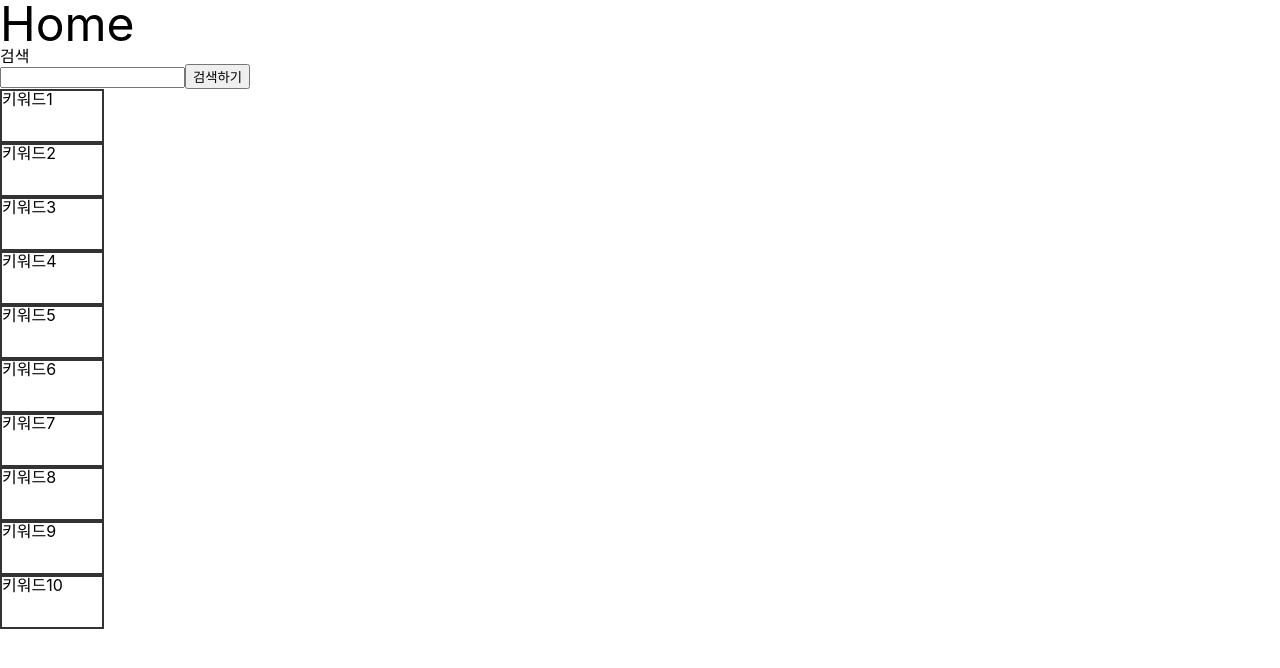
Repository: sunoo-lee/Star-Explore
Page: /
The author's editor kept a copy of each file at every save. The page is drawn from the files as they stood at one save, then again after a run of saves.
The browser window is 1280 px wide. The pictures show the whole page.
The project was rebuilt for these pictures with package versions that can differ from the ones it lists, and the page was loaded fresh each time.

Above is the page before, as saved 2022-10-14 03:15:19.

After the next 2 saves:
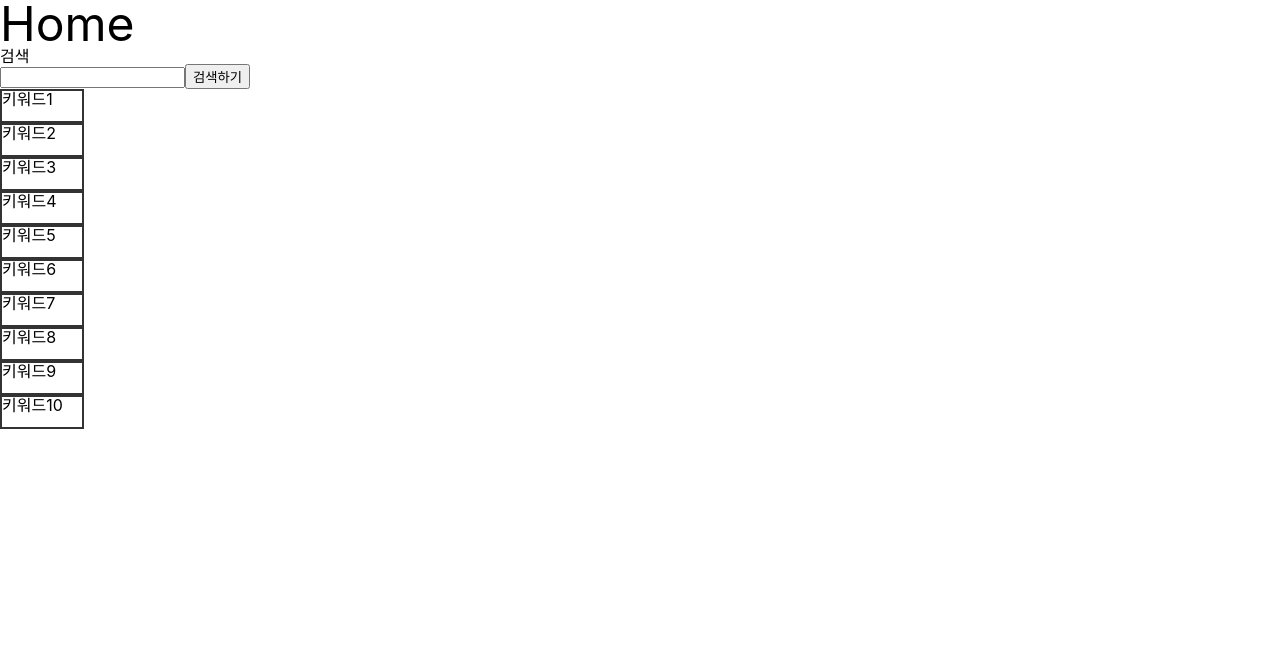
The 2 saves are shown as one change because they came seconds apart.
The last was saved 8 s later.
--- a/src/Style.css
+++ b/src/Style.css
@@ -19,7 +19,7 @@ h1 {
 }
 .keyword ul li span {
   display: inline-block;
-  width: 100px;
-  height: 50px;
+  width: 80px;
+  height: 30px;
   border: 2px solid #333333;
 }
